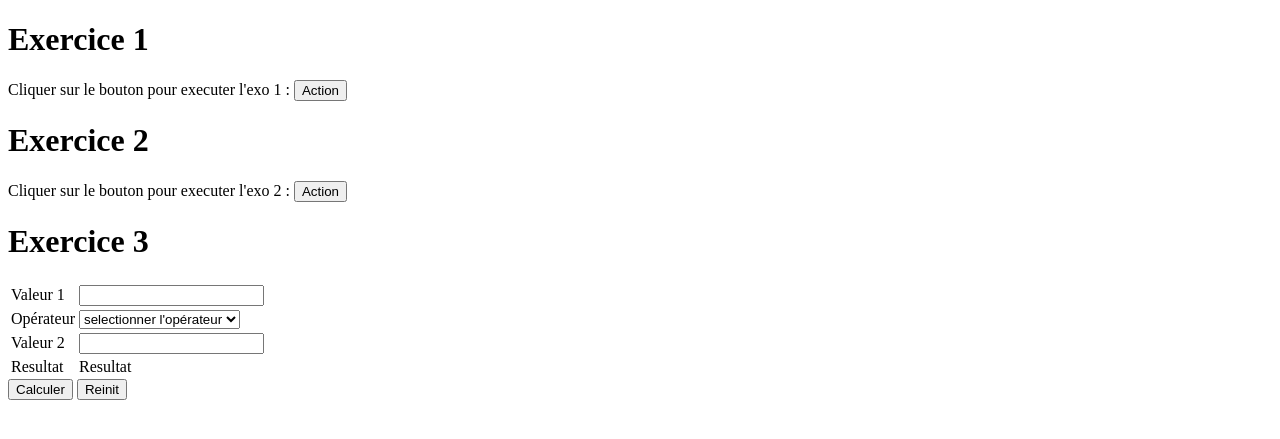
Repository: AgatheLM/formation_js
Page: insee-travaux-js/insee-client-js/exo2.html
An editor plug-in stored every save of this project. The page is shown before and after the next save, followed by the edit.
The browser window is 1280 px wide. The pictures show the whole page.

Above is the page before, as saved 2018-01-24 15:33:22.

After the next save:
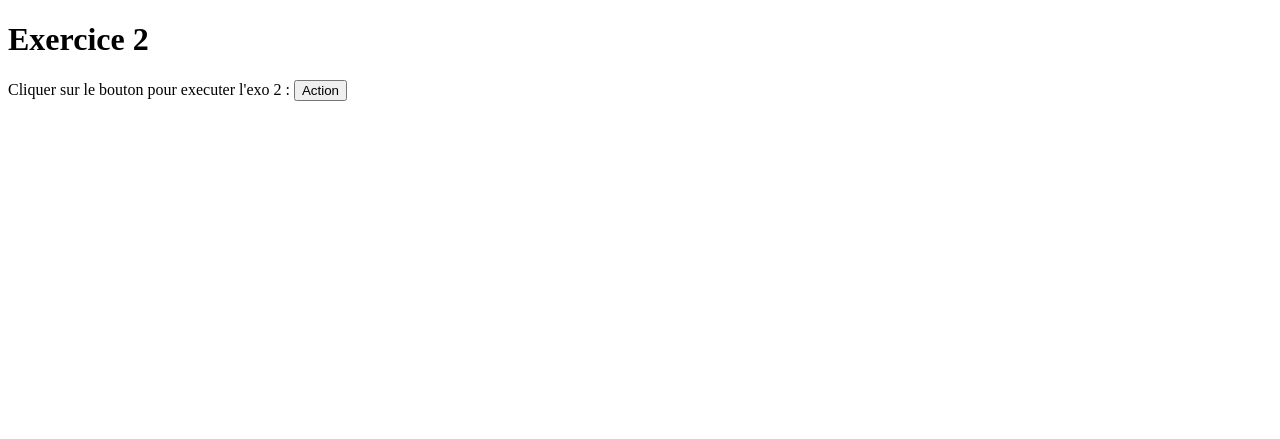
Saved 30 s later.
--- a/insee-travaux-js/insee-client-js/exo2.html
+++ b/insee-travaux-js/insee-client-js/exo2.html
@@ -3,16 +3,11 @@
 <head>
 <meta charset="utf-8">
 <meta http-equiv="X-UA-Compatible" content="IE=edge">
-<title>Ma page de calcul</title>
-<script type="text/javascript" src="scripts/main.js"></script>
+<title>Exercice 2</title>
+<script type="text/javascript" src="scripts/exo2.js"></script>
 </head>
 <body>
 
-	<h1>Exercice 1</h1>
-	<form action="">
-		Cliquer sur le bouton pour executer l'exo 1 : <input type="button"
-			value="Action" onclick="main()" />
-	</form>
 
 	<h1>Exercice 2</h1>
 	<form action="">
@@ -20,37 +15,6 @@
 			value="Action" onclick="main_exo2()" />
 	</form>
 
-	<h1>Exercice 3</h1>
-	<form action="">
-		<table>
-			<tr>
-				<td><label for="val1"> Valeur 1 </label></td>
-				<td><input type="text" name="val1" id="val1" /></td>
-			</tr>
-			<tr>
-				<td><label for="operateur"> Opérateur </label></td>
-				<td><select name="operateur" id="operateur">
-						<option value="none">selectionner l'opérateur</option>
-						<option value="+">+</option>
-						<option value="-">-</option>
-						<option value="*">*</option>
-						<option value="/">/</option>
-				</select></td>
-			</tr>
-			<tr>
-				<td><label for="val2"> Valeur 2 </label></td>
-				<td><input type="text" name="val2" id="val2" /></td>
-			</tr>
-			<tr>
-				<td><label for="resultat"> Resultat</label></td>
-				<td><label id="result"> Resultat </label></td>
-			</tr>
-		</table>
-		<input type="button" value="Calculer" onclick="main_exo3()" />
-		<input type="reset" value="Reinit" onclick="main_exo3_reinit()" />
-	</form>
-
-
 
 </body>
 </html>
